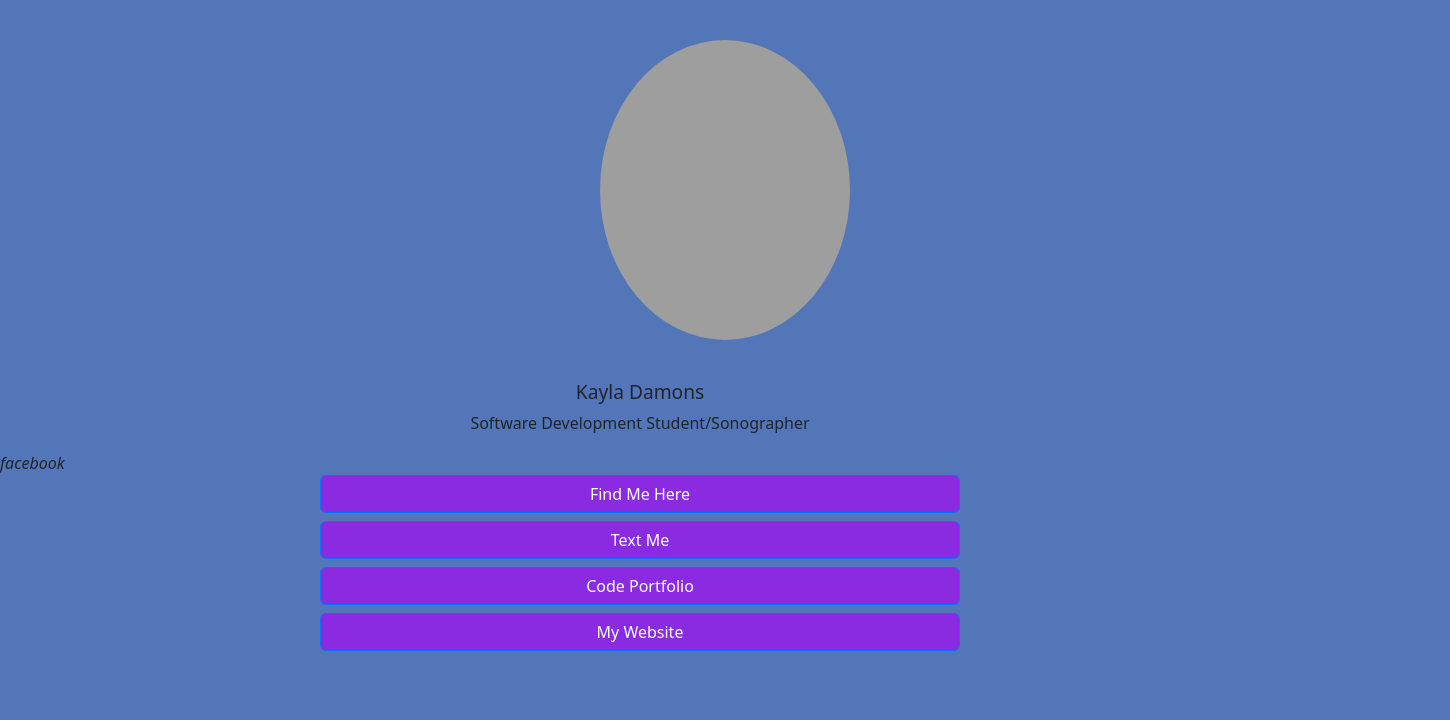
Repository: KaylaDamons/LABlinkinbio
Page: index.html
These files come from the project's save history. The page is drawn as it stood at one moment and after the next save; the edit follows.
The browser window is 1280 px wide. The page is 1450 px wide, so the pictures cover 1450 px, including what lies to the right of the window. The pictures show the whole page.
Pictures or frames that could not be fetched are drawn as grey boxes.

Above is the page before, as saved 2024-01-14 17:02:17.

After the next save:
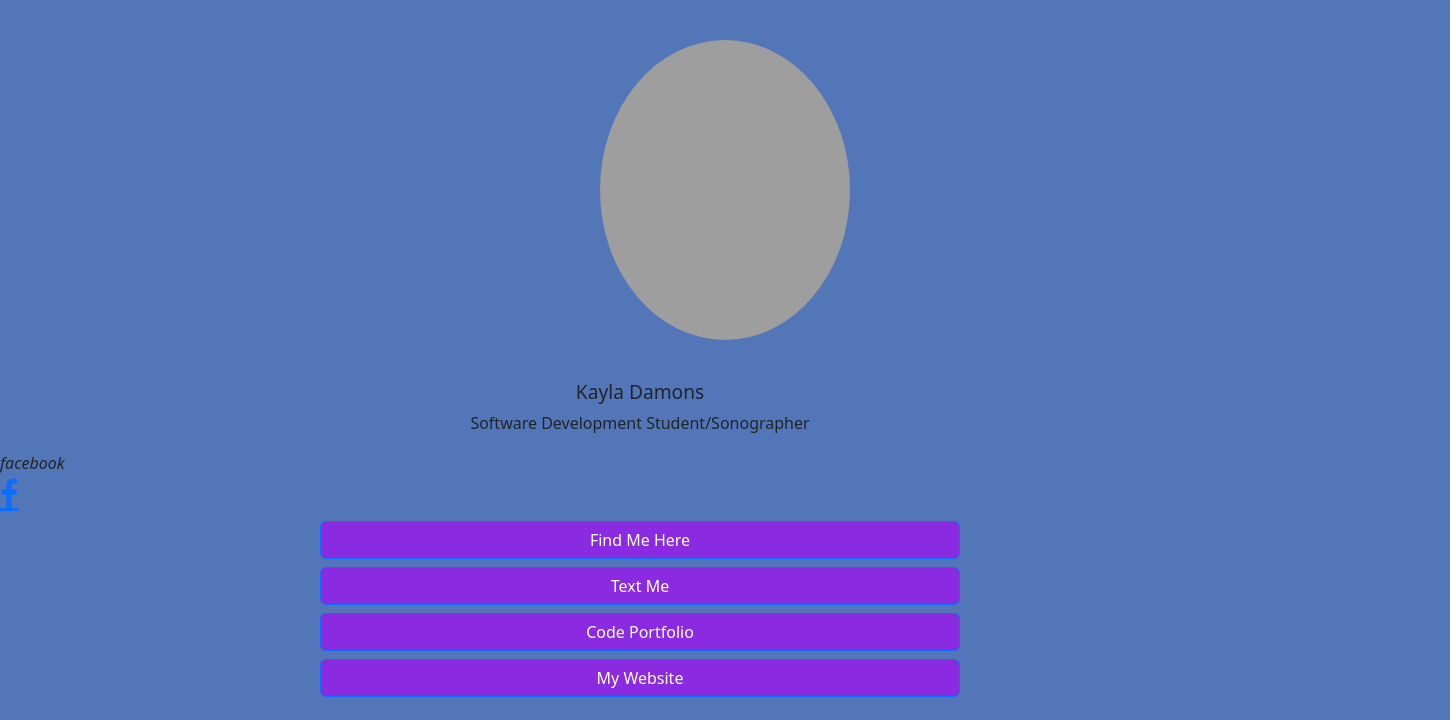
Saved 3 min 25 s later.
--- a/index.html
+++ b/index.html
@@ -5,8 +5,8 @@
   <meta name="viewport" content="width=device-width, initial-scale=1.0">
   <title>Document</title>
   <link href="https://cdn.jsdelivr.net/npm/bootstrap@5.3.2/dist/css/bootstrap.min.css" rel="stylesheet" integrity="sha384-T3c6CoIi6uLrA9TneNEoa7RxnatzjcDSCmG1MXxSR1GAsXEV/Dwwykc2MPK8M2HN" crossorigin="anonymous">
+  <link rel="stylesheet" href="https://cdnjs.cloudflare.com/ajax/libs/font-awesome/4.7.0/css/font-awesome.min.css">
 
-  <link rel=”stylesheet” href=”https://fonts.googleapis.com/icon?family=Material+Icons”>
 
 </head>
 
@@ -20,6 +20,9 @@
   <h1>Kayla Damons</h1>
    <p>Software Development Student/Sonographer</p>
    <i class="material-icons">facebook</i>
+   <h2>
+    <a href="#" class="fa fa-facebook"></a>
+   </h2>
 
 
   <div class="d-grid gap-2 col-6 mx-auto">
